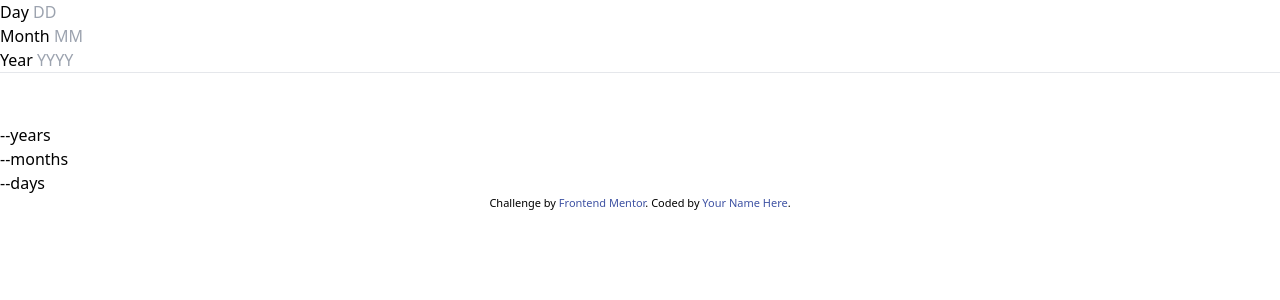
Repository: blordeus/age-calculator-app-main
Page: index.html
These files come from the project's save history. The page is drawn as it stood at one moment and after a run of saves; the edit follows.
The browser window is 1280 px wide. The pictures show the whole page.

Above is the page before, as saved 2023-08-25 19:57:27.

### index.html
<!DOCTYPE html>
<html lang="en">
<head>
  <meta charset="UTF-8">
  <meta name="viewport" content="width=device-width, initial-scale=1.0"> <!-- displays site properly based on user's device -->

  <link rel="icon" type="image/png" sizes="32x32" href="./assets/images/favicon-32x32.png">
  <link rel="stylesheet" href="style.css">
  <link rel="stylesheet" href="./dist/output.css">
  <title>Frontend Mentor | Age calculator app</title>

</head>
<body>
  <div class="card">
    <div class="card-container">
      <form>
        <div class="form_container">
          <div class="block">
            <label for="day">Day</label>
            <input type="text" id="day" placeholder="DD">
            <small></small>
          </div>
          <div class="block">
            <label for="month">Month</label>
            <input type="text" id="month" placeholder="MM">
            <small></small>
          </div>
          <div class="block">
            <label for="year">Year</label>
            <input type="text" id="year" placeholder="YYYY">
            <small></small>
          </div>
          <div class="submit_block">
            <hr>
            <button type="submit" class="submit_btn">
              <img src="./assets/images/icon-arrow.svg" alt="arrow icon">
            </button>
          </div>
        </div>
      </form>
      <div class="output">
        <h1><span id="YY">--</span>years</h1>
        <h1><span id="MM">--</span>months</h1>
        <h1><span id="DD">--</span>days</h1>
      </div>
    </div>
  </div>

  <div class="attribution">
    Challenge by <a rel="noopener" href="https://www.frontendmentor.io?ref=challenge" target="_blank">Frontend Mentor</a>.
    Coded by <a href="#">Your Name Here</a>.
  </div>

  <script class="script.js"></script>
</body>
</html>

### style.css
  @import url('https://fonts.googleapis.com/css2?family=Manrope:wght@800&display=swap');

  .attribution { font-size: 11px; text-align: center; }
  .attribution a { color: hsl(228, 45%, 44%); }

### dist/output.css
/*
! tailwindcss v3.3.3 | MIT License | https://tailwindcss.com
*/

/*
1. Prevent padding and border from affecting element width. (https://github.com/mozdevs/cssremedy/issues/4)
2. Allow adding a border to an element by just adding a border-width. (https://github.com/tailwindcss/tailwindcss/pull/116)
*/

*,
::before,
::after {
  box-sizing: border-box;
  /* 1 */
  border-width: 0;
  /* 2 */
  border-style: solid;
  /* 2 */
  border-color: #e5e7eb;
  /* 2 */
}

::before,
::after {
  --tw-content: '';
}

/*
1. Use a consistent sensible line-height in all browsers.
2. Prevent adjustments of font size after orientation changes in iOS.
3. Use a more readable tab size.
4. Use the user's configured `sans` font-family by default.
5. Use the user's configured `sans` font-feature-settings by default.
6. Use the user's configured `sans` font-variation-settings by default.
*/

html {
  line-height: 1.5;
  /* 1 */
  -webkit-text-size-adjust: 100%;
  /* 2 */
  -moz-tab-size: 4;
  /* 3 */
  -o-tab-size: 4;
     tab-size: 4;
  /* 3 */
  font-family: ui-sans-serif, system-ui, -apple-system, BlinkMacSystemFont, "Segoe UI", Roboto, "Helvetica Neue", Arial, "Noto Sans", sans-serif, "Apple Color Emoji", "Segoe UI Emoji", "Segoe UI Symbol", "Noto Color Emoji";
  /* 4 */
  font-feature-settings: normal;
  /* 5 */
  font-variation-settings: normal;
  /* 6 */
}

/*
1. Remove the margin in all browsers.
2. Inherit line-height from `html` so users can set them as a class directly on the `html` element.
*/

body {
  margin: 0;
  /* 1 */
  line-height: inherit;
  /* 2 */
}

/*
1. Add the correct height in Firefox.
2. Correct the inheritance of border color in Firefox. (https://bugzilla.mozilla.org/show_bug.cgi?id=190655)
3. Ensure horizontal rules are visible by default.
*/

hr {
  height: 0;
  /* 1 */
  color: inherit;
  /* 2 */
  border-top-width: 1px;
  /* 3 */
}

/*
Add the correct text decoration in Chrome, Edge, and Safari.
*/

abbr:where([title]) {
  -webkit-text-decoration: underline dotted;
          text-decoration: underline dotted;
}

/*
Remove the default font size and weight for headings.
*/

h1,
h2,
h3,
h4,
h5,
h6 {
  font-size: inherit;
  font-weight: inherit;
}

/*
Reset links to optimize for opt-in styling instead of opt-out.
*/

a {
  color: inherit;
  text-decoration: inherit;
}

/*
Add the correct font weight in Edge and Safari.
*/

b,
strong {
  font-weight: bolder;
}

/*
1. Use the user's configured `mono` font family by default.
2. Correct the odd `em` font sizing in all browsers.
*/

code,
kbd,
samp,
pre {
  font-family: ui-monospace, SFMono-Regular, Menlo, Monaco, Consolas, "Liberation Mono", "Courier New", monospace;
  /* 1 */
  font-size: 1em;
  /* 2 */
}

/*
Add the correct font size in all browsers.
*/

small {
  font-size: 80%;
}

/*
Prevent `sub` and `sup` elements from affecting the line height in all browsers.
*/

sub,
sup {
  font-size: 75%;
  line-height: 0;
  position: relative;
  vertical-align: baseline;
}

sub {
  bottom: -0.25em;
}

sup {
  top: -0.5em;
}

/*
1. Remove text indentation from table contents in Chrome and Safari. (https://bugs.chromium.org/p/chromium/issues/detail?id=999088, https://bugs.webkit.org/show_bug.cgi?id=201297)
2. Correct table border color inheritance in all Chrome and Safari. (https://bugs.chromium.org/p/chromium/issues/detail?id=935729, https://bugs.webkit.org/show_bug.cgi?id=195016)
3. Remove gaps between table borders by default.
*/

table {
  text-indent: 0;
  /* 1 */
  border-color: inherit;
  /* 2 */
  border-collapse: collapse;
  /* 3 */
}

/*
1. Change the font styles in all browsers.
2. Remove the margin in Firefox and Safari.
3. Remove default padding in all browsers.
*/

button,
input,
optgroup,
select,
textarea {
  font-family: inherit;
  /* 1 */
  font-feature-settings: inherit;
  /* 1 */
  font-variation-settings: inherit;
  /* 1 */
  font-size: 100%;
  /* 1 */
  font-weight: inherit;
  /* 1 */
  line-height: inherit;
  /* 1 */
  color: inherit;
  /* 1 */
  margin: 0;
  /* 2 */
  padding: 0;
  /* 3 */
}

/*
Remove the inheritance of text transform in Edge and Firefox.
*/

button,
select {
  text-transform: none;
}

/*
1. Correct the inability to style clickable types in iOS and Safari.
2. Remove default button styles.
*/

button,
[type='button'],
[type='reset'],
[type='submit'] {
  -webkit-appearance: button;
  /* 1 */
  background-color: transparent;
  /* 2 */
  background-image: none;
  /* 2 */
}

/*
Use the modern Firefox focus style for all focusable elements.
*/

:-moz-focusring {
  outline: auto;
}

/*
Remove the additional `:invalid` styles in Firefox. (https://github.com/mozilla/gecko-dev/blob/2f9eacd9d3d995c937b4251a5557d95d494c9be1/layout/style/res/forms.css#L728-L737)
*/

:-moz-ui-invalid {
  box-shadow: none;
}

/*
Add the correct vertical alignment in Chrome and Firefox.
*/

progress {
  vertical-align: baseline;
}

/*
Correct the cursor style of increment and decrement buttons in Safari.
*/

::-webkit-inner-spin-button,
::-webkit-outer-spin-button {
  height: auto;
}

/*
1. Correct the odd appearance in Chrome and Safari.
2. Correct the outline style in Safari.
*/

[type='search'] {
  -webkit-appearance: textfield;
  /* 1 */
  outline-offset: -2px;
  /* 2 */
}

/*
Remove the inner padding in Chrome and Safari on macOS.
*/

::-webkit-search-decoration {
  -webkit-appearance: none;
}

/*
1. Correct the inability to style clickable types in iOS and Safari.
2. Change font properties to `inherit` in Safari.
*/

::-webkit-file-upload-button {
  -webkit-appearance: button;
  /* 1 */
  font: inherit;
  /* 2 */
}

/*
Add the correct display in Chrome and Safari.
*/

summary {
  display: list-item;
}

/*
Removes the default spacing and border for appropriate elements.
*/

blockquote,
dl,
dd,
h1,
h2,
h3,
h4,
h5,
h6,
hr,
figure,
p,
pre {
  margin: 0;
}

fieldset {
  margin: 0;
  padding: 0;
}

legend {
  padding: 0;
}

ol,
ul,
menu {
  list-style: none;
  margin: 0;
  padding: 0;
}

/*
Reset default styling for dialogs.
*/

dialog {
  padding: 0;
}

/*
Prevent resizing textareas horizontally by default.
*/

textarea {
  resize: vertical;
}

/*
1. Reset the default placeholder opacity in Firefox. (https://github.com/tailwindlabs/tailwindcss/issues/3300)
2. Set the default placeholder color to the user's configured gray 400 color.
*/

input::-moz-placeholder, textarea::-moz-placeholder {
  opacity: 1;
  /* 1 */
  color: #9ca3af;
  /* 2 */
}

input::placeholder,
textarea::placeholder {
  opacity: 1;
  /* 1 */
  color: #9ca3af;
  /* 2 */
}

/*
Set the default cursor for buttons.
*/

button,
[role="button"] {
  cursor: pointer;
}

/*
Make sure disabled buttons don't get the pointer cursor.
*/

:disabled {
  cursor: default;
}

/*
1. Make replaced elements `display: block` by default. (https://github.com/mozdevs/cssremedy/issues/14)
2. Add `vertical-align: middle` to align replaced elements more sensibly by default. (https://github.com/jensimmons/cssremedy/issues/14#issuecomment-634934210)
   This can trigger a poorly considered lint error in some tools but is included by design.
*/

img,
svg,
video,
canvas,
audio,
iframe,
embed,
object {
  display: block;
  /* 1 */
  vertical-align: middle;
  /* 2 */
}

/*
Constrain images and videos to the parent width and preserve their intrinsic aspect ratio. (https://github.com/mozdevs/cssremedy/issues/14)
*/

img,
video {
  max-width: 100%;
  height: auto;
}

/* Make elements with the HTML hidden attribute stay hidden by default */

[hidden] {
  display: none;
}

*, ::before, ::after {
  --tw-border-spacing-x: 0;
  --tw-border-spacing-y: 0;
  --tw-translate-x: 0;
  --tw-translate-y: 0;
  --tw-rotate: 0;
  --tw-skew-x: 0;
  --tw-skew-y: 0;
  --tw-scale-x: 1;
  --tw-scale-y: 1;
  --tw-pan-x:  ;
  --tw-pan-y:  ;
  --tw-pinch-zoom:  ;
  --tw-scroll-snap-strictness: proximity;
  --tw-gradient-from-position:  ;
  --tw-gradient-via-position:  ;
  --tw-gradient-to-position:  ;
  --tw-ordinal:  ;
  --tw-slashed-zero:  ;
  --tw-numeric-figure:  ;
  --tw-numeric-spacing:  ;
  --tw-numeric-fraction:  ;
  --tw-ring-inset:  ;
  --tw-ring-offset-width: 0px;
  --tw-ring-offset-color: #fff;
  --tw-ring-color: rgb(59 130 246 / 0.5);
  --tw-ring-offset-shadow: 0 0 #0000;
  --tw-ring-shadow: 0 0 #0000;
  --tw-shadow: 0 0 #0000;
  --tw-shadow-colored: 0 0 #0000;
  --tw-blur:  ;
  --tw-brightness:  ;
  --tw-contrast:  ;
  --tw-grayscale:  ;
  --tw-hue-rotate:  ;
  --tw-invert:  ;
  --tw-saturate:  ;
  --tw-sepia:  ;
  --tw-drop-shadow:  ;
  --tw-backdrop-blur:  ;
  --tw-backdrop-brightness:  ;
  --tw-backdrop-contrast:  ;
  --tw-backdrop-grayscale:  ;
  --tw-backdrop-hue-rotate:  ;
  --tw-backdrop-invert:  ;
  --tw-backdrop-opacity:  ;
  --tw-backdrop-saturate:  ;
  --tw-backdrop-sepia:  ;
}

::backdrop {
  --tw-border-spacing-x: 0;
  --tw-border-spacing-y: 0;
  --tw-translate-x: 0;
  --tw-translate-y: 0;
  --tw-rotate: 0;
  --tw-skew-x: 0;
  --tw-skew-y: 0;
  --tw-scale-x: 1;
  --tw-scale-y: 1;
  --tw-pan-x:  ;
  --tw-pan-y:  ;
  --tw-pinch-zoom:  ;
  --tw-scroll-snap-strictness: proximity;
  --tw-gradient-from-position:  ;
  --tw-gradient-via-position:  ;
  --tw-gradient-to-position:  ;
  --tw-ordinal:  ;
  --tw-slashed-zero:  ;
  --tw-numeric-figure:  ;
  --tw-numeric-spacing:  ;
  --tw-numeric-fraction:  ;
  --tw-ring-inset:  ;
  --tw-ring-offset-width: 0px;
  --tw-ring-offset-color: #fff;
  --tw-ring-color: rgb(59 130 246 / 0.5);
  --tw-ring-offset-shadow: 0 0 #0000;
  --tw-ring-shadow: 0 0 #0000;
  --tw-shadow: 0 0 #0000;
  --tw-shadow-colored: 0 0 #0000;
  --tw-blur:  ;
  --tw-brightness:  ;
  --tw-contrast:  ;
  --tw-grayscale:  ;
  --tw-hue-rotate:  ;
  --tw-invert:  ;
  --tw-saturate:  ;
  --tw-sepia:  ;
  --tw-drop-shadow:  ;
  --tw-backdrop-blur:  ;
  --tw-backdrop-brightness:  ;
  --tw-backdrop-contrast:  ;
  --tw-backdrop-grayscale:  ;
  --tw-backdrop-hue-rotate:  ;
  --tw-backdrop-invert:  ;
  --tw-backdrop-opacity:  ;
  --tw-backdrop-saturate:  ;
  --tw-backdrop-sepia:  ;
}

.block {
  display: block;
}

.content-\[attr\(data-content\)\] {
  --tw-content: attr(data-content);
  content: var(--tw-content);
}

After the next 4 saves:
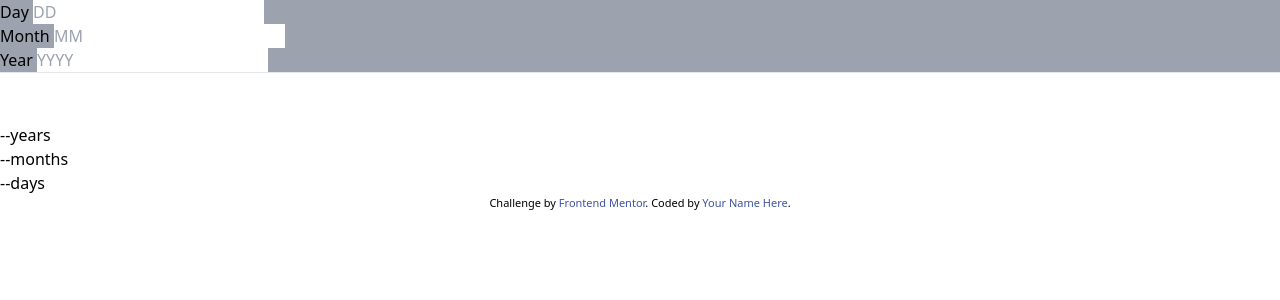
The 4 saves are shown as one change because they came seconds apart.
The last was saved 61 s later.
--- a/dist/output.css
+++ b/dist/output.css
@@ -536,6 +536,7 @@
 
 .block {
   display: block;
+  background-color:#9ca3af
 }
 
 .content-\[attr\(data-content\)\] {

After the 3 saves that followed:
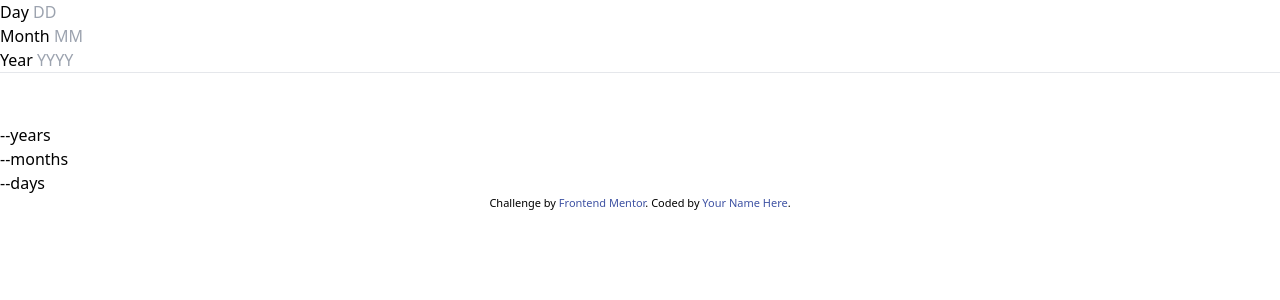
The 3 saves are shown as one change because 1 left the picture as it was and some came seconds apart.
The last was saved 13 s later.
--- a/dist/output.css
+++ b/dist/output.css
@@ -536,7 +536,6 @@
 
 .block {
   display: block;
-  background-color:#9ca3af
 }
 
 .content-\[attr\(data-content\)\] {
